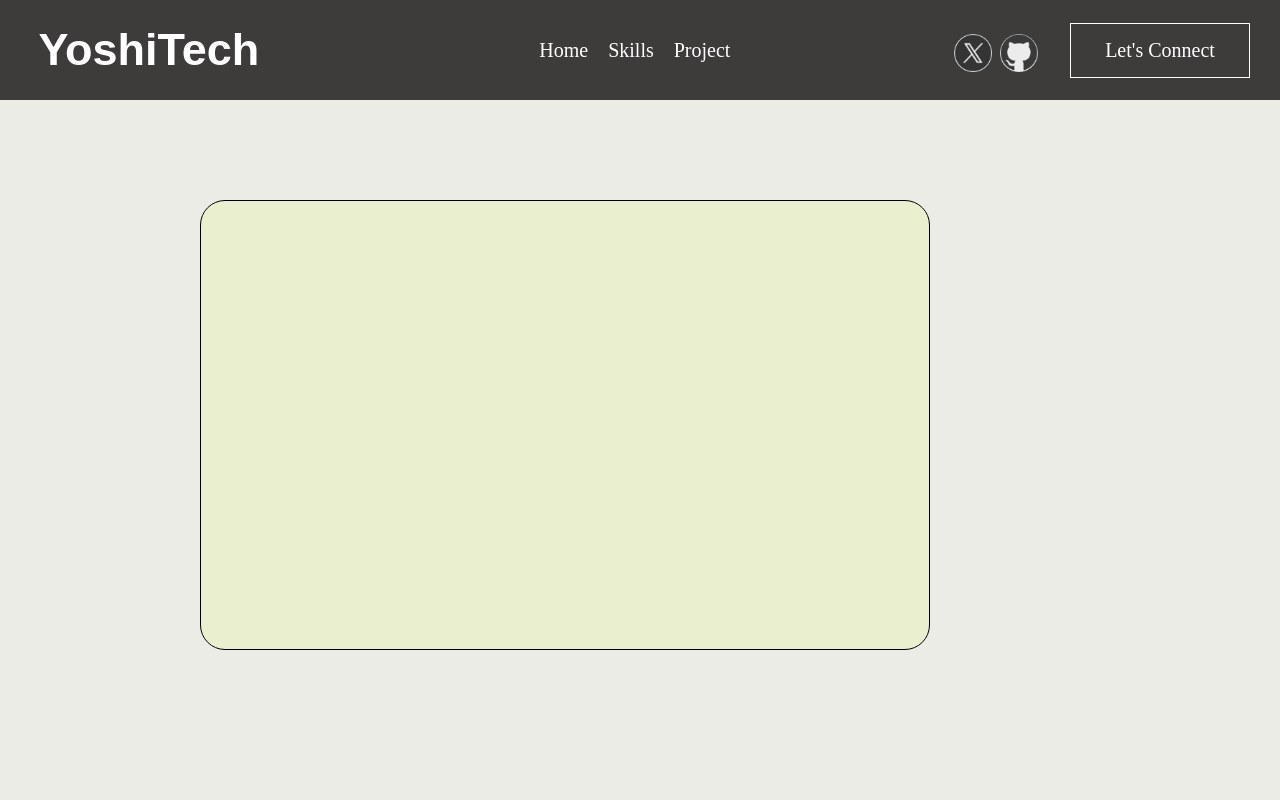
Repository: Yoshiki0418/My_Portfolio
Page: index.html
These files come from the project's save history. The page is drawn as it stood at one moment and after the next save; the edit follows.
The browser window is 1280 px wide. The pictures show the whole page.

Above is the page before, as saved 2024-01-05 20:58:12.

### index.html
<!DOCTYPE html>
<html lang="ja">
<head>
    <meta charset="UTF-8">
    <meta name="viewport" content="width=device-width, initial-scale=1.0">
    <title>Document</title>
    <link rel="stylesheet" type="text/css" href="style.css">
</head>
<body>
    <header>
        <h1 class="Logo">YoshiTech</h1>
        <div class="page_changer">
            <a class="changer_font">Home</a>
            <a class="changer_font">Skills</a>
            <a class="changer_font">Project</a>
        </div>
        <div class="sns_container">
            <a><img src="static/image/X.png" class="sns_pic"></a>
            <a><img src="static/image/GitHub.png" class="sns_pic"></a>
        </div>
        <div class="connect_container">
            <a class="connect_font">Let's Connect</a>
        </div>
    </header>
    <main>
        <section class="hero_section">
            <div class="monitor_container">
                <div class="circle_container">
                    <div class="circle"></div>
                    <div class="circle"></div>
                    <div class="circle"></div>
                </div>
            </div>
        </section>
    </main>

</body>
</html>

### style.css
*{
    margin: 0;
    padding: 0;
    box-sizing: border-box; /* サイズ計算をより予測しやすくするためのプロパティ */
}

header {
	display: flex;					/*flexボックスを使う指定*/
	align-items: center;			/*垂直揃えの指定。天地中央に配置されるように。*/
    width: 100%;
    height: 100px;
	background-color: #3E3B3B;
    position: relative;
}

.Logo{
    margin-left: 3%;
    color: white;
    font-family: 'Comic Sans MS', 'Arial Rounded MT Bold', sans-serif;
    font-size: 45px;
}

.page_changer{
    display: flex;
	align-items: center;
    padding: 20px;
    margin-left: 250px;
    margin-right: 250px;
}

.changer_font{
    color: white;
    margin: 10px;
    font-size: 20px;
}

.connect_font{
    color: white;
    font-size: 20px;
}

.connect_container{
    position: absolute;
    right: 30px;
    width: 180px;
    height: 55px;
    border: 1px solid white;
    display: flex;
    align-items: center;
    justify-content: center;
}

.sns_pic{
    width: 38px;
    height: auto;
    margin: 2px;
}

.sns_container{
    margin-top: 10px;
    position: absolute;
    right: 240px;
}

.hero_section{
    background-color: #ECECE7;
    width: 100%;
    height: 700px;
    position: relative;
}

.monitor_container{
    background-color: #E9EFCF;
    width: 730px;
    height: 450px;
    margin-left: 200px;
    border: 1px solid rgb(0, 0, 0);
    position: absolute;
    top: 100px;
    border-radius: 25px;
}

After the next save:
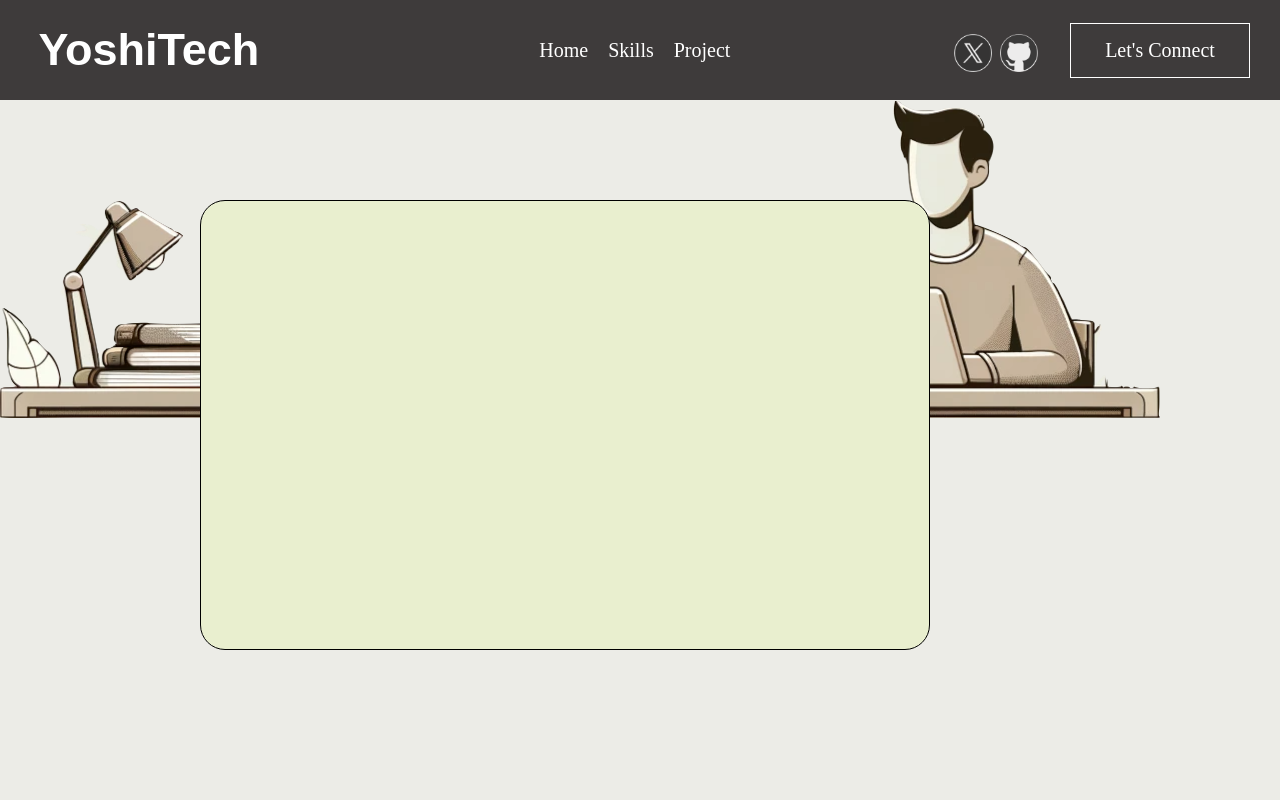
Saved 117 s later.
--- a/index.html
+++ b/index.html
@@ -31,6 +31,7 @@
                     <div class="circle"></div>
                 </div>
             </div>
+            <img class="background" src="static/image/1.jpeg"
         </section>
     </main>
 
